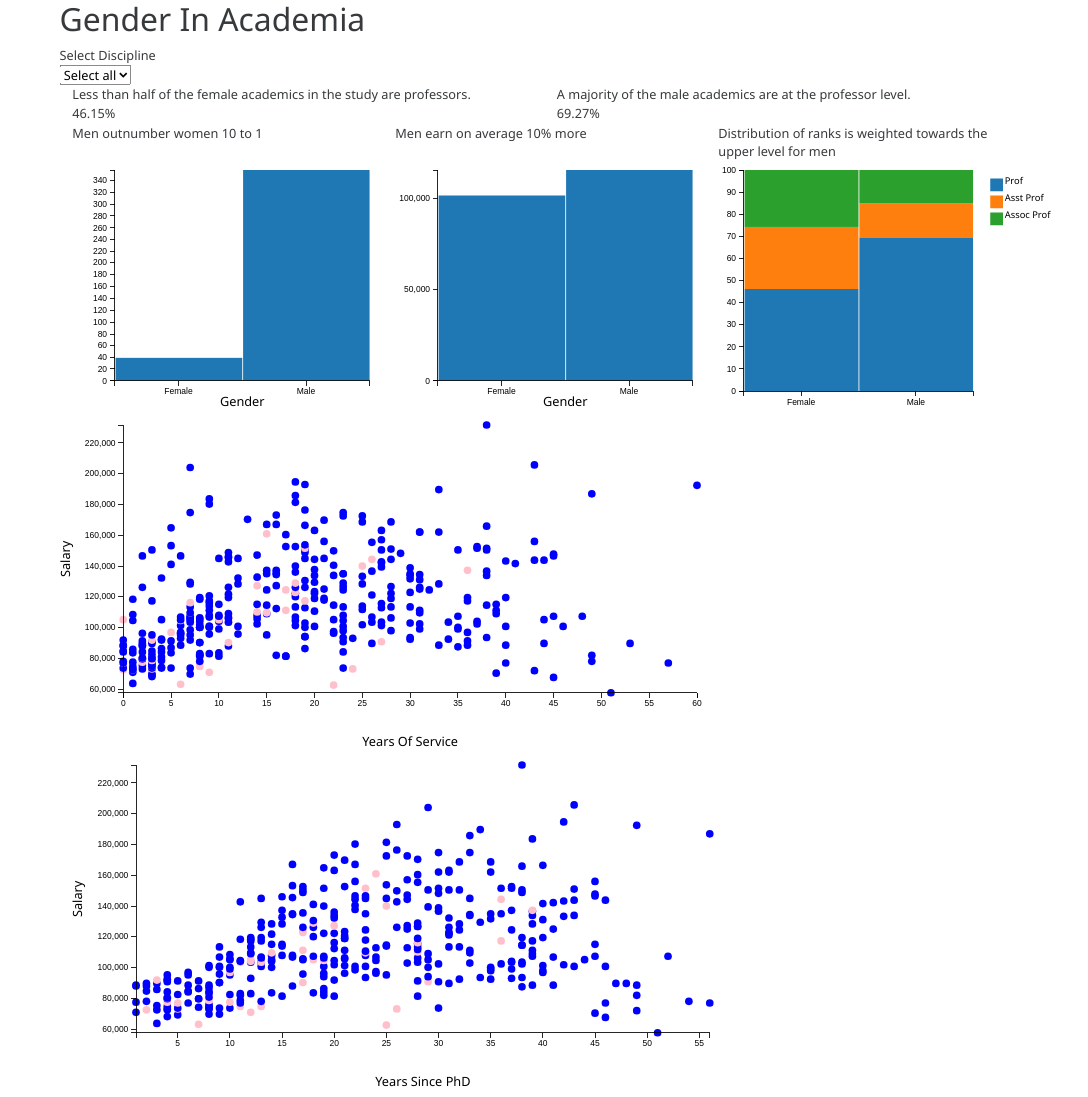
Repository: oliviatatum/dashboard
Page: index.html
The author's editor kept a record of every edit. The page is drawn from the files as they stood at one moment, then again after the next edit.
The browser window is 1280 px wide. The pictures show the whole page, at 85% of full size.

Above is the page before.

### index.html
<!DOCTYPE html>
<html lang="en">

<head>
    <meta charset="UTF-8">
    <meta name="viewport" content="width=device-width, initial-scale=1.0">
    <meta http-equiv="X-UA-Compatible" content="ie=edge">
    <title>Gender In Academia</title>


    <link rel="stylesheet" href="static/css/bootstrap.min.css" type="text/css" />
    <link rel="stylesheet" href="static/css/dc.min.css" type="text/css" />


    <script type="text/javascript" src="static/js/d3.min.js"></script>
    <script type="text/javascript" src="static/js/crossfilter.min.js"></script>
    <script type="text/javascript" src="static/js/dc.min.js"></script>
    <script type="text/javascript" src="static/js/queue.min.js"></script>
    <script type="text/javascript" src="static/js/graph.js"></script>

</head>

<body>
    <div class="container">

        <div class="row">
            <h1>Gender In Academia</h1>
        </div>

        <div class="row">
            <div class="col-md-offset-5">Select Discipline</div>
        </div>
        <div class="row">
            <div class="col.md-offset-5" id="discipline-selector"></div>
        </div>

        <div class="row">
            <div class="col-md-6">Less than half of the female academics in the study are professors.</div>
            <div class="col-md-6">A majority of the male academics are at the professor level.</div>
        </div>
        <div class="row">
            <div class="col-md-6 number-box" id="percent-of-women-professors"></div>
            <div class="col-md-6 number-box" id="percent-of-men-professors"></div>
        </div>


         <div class="row">
            <div class="col-md-4">Men outnumber women 10 to 1</div>
            <div class="col-md-4">Men earn on average 10% more</div>
            <div class="col-md-4">Distribution of ranks is weighted towards the upper level for men</div>
        </div>
        <div class="row">
            <div class="col-md-4" id="gender-balance"></div>
            <div class="col-md-4" id="average-salary"></div>
            <div class="col-md-4" id="rank-distribution"></div>
        </div>

        <class class="row">

        </class>
        <div class="row">
            <div class="col-md-offset-2" id="service-salary"></div>
        </div>


        <div id="phd-salary"></div>

    </div>

</body>

</html>

### static/js/graph.js
queue()
    .defer(d3.csv, "data/salaries.csv")
    .await(makeGraphs);

function makeGraphs(error, salaryData) {
    var ndx = crossfilter(salaryData);

    salaryData.forEach(function(d){
        d.salary = parseInt(d.salary);
        d.yrs_since_phd = parseInt(d["yrs.since.phd"]);
        d.yrs_service = parseInt(d["yrs.service"]);
    })

    show_discipline_selector(ndx);

    show_percent_that_are_professors(ndx, "Female", "#percent-of-women-professors");
    show_percent_that_are_professors(ndx, "Male", "#percent-of-men-professors");

    show_gender_balance(ndx);
    show_average_salary(ndx);
    show_rank_distribution(ndx);

    show_service_to_salary_correlation(ndx);
    show_phd_to_salary_correlation(ndx);

    dc.renderAll();
}


function show_discipline_selector(ndx) {
    var dim = ndx.dimension(dc.pluck('discipline'));
    var group = dim.group();

    dc.selectMenu("#discipline-selector")
        .dimension(dim)
        .group(group);
}


function show_percent_that_are_professors(ndx, gender, element) {
    var percentageThatAreProf = ndx.groupAll().reduce(
        function(p, v) {
            if (v.sex === gender) {
                p.count++;
                if(v.rank === "Prof") {
                    p.are_prof++;
                }
            }
            return p;
        },
        function(p, v) {
            if (v.sex === gender) {
                p.count--;
                if(v.rank === "Prof") {
                    p.are_prof--;
                }
            }
            return p;
        },
        function() {
            return {count: 0, are_prof: 0};
        },
    );

    dc.numberDisplay(element)
        .formatNumber(d3.format(".2%"))
        .valueAccessor(function (d) {
            if (d.count == 0) {
                return 0;
            } else {
                return (d.are_prof / d.count);
            }
        })
        .group(percentageThatAreProf)
}


function show_gender_balance(ndx) {
    var dim = ndx.dimension(dc.pluck('sex'));
    var group = dim.group();

    dc.barChart("#gender-balance")
        .width(400)
        .height(300)
        .margins({top: 10, right: 50, bottom: 30, left: 50})
        .dimension(dim)
        .group(group)
        .transitionDuration(500)
        .x(d3.scale.ordinal())
        .xUnits(dc.units.ordinal)
        .xAxisLabel("Gender")
        .yAxis().ticks(20);
}


function show_average_salary(ndx) {
    var dim = ndx.dimension(dc.pluck('sex'));

    function add_item(p, v) {
        p.count++;
        p.total += v.salary;
        p.average = p.total / p.count;
        return p;
    }

    function remove_item(p, v) {
        p.count--;
        if(p.count == 0) {
            p.total = 0;
            p.average = 0;
        } else {
            p.total -= v.salary;
            p.average = p.total / p.count;
        }
        return p;
    }

    function initialise() {
        return {count: 0, total: 0, average: 0};
    }

    var averageSalaryByGender = dim.group().reduce(add_item, remove_item, initialise);

    dc.barChart("#average-salary")
        .width(400)
        .height(300)
        .margins({top: 10, right: 50, bottom: 30, left: 50})
        .dimension(dim)
        .group(averageSalaryByGender)
        .valueAccessor(function(d){
            return d.value.average.toFixed(2);
        })
        .transitionDuration(500)
        .x(d3.scale.ordinal())
        .xUnits(dc.units.ordinal)
        .elasticY(true)
        .xAxisLabel("Gender")
        .yAxis().ticks(4);
}


function show_rank_distribution(ndx) {

    function rankByGender(dimension, rank) {
        return dimension.group().reduce(
            function (p, v) {
                p.total++;
                if(v.rank == rank) {
                    p.match++;
                }
                return p;
            },
            function (p, v) {
                p.total--;
                if(v.rank == rank) {
                    p.match--;
                }
                return p;
            },
            function () {
                return {total: 0, match: 0};
            }
        );
    }

    var dim = ndx.dimension(dc.pluck("sex"));
    var profByGender = rankByGender(dim, "Prof");
    var asstProfByGender = rankByGender(dim, "AsstProf");
    var assocProfByGender = rankByGender(dim, "AssocProf");

    dc.barChart("#rank-distribution")
        .width(400)
        .height(300)
        .dimension(dim)
        .group(profByGender, "Prof")
        .stack(asstProfByGender, "Asst Prof")
        .stack(assocProfByGender, "Assoc Prof")
        .valueAccessor(function(d) {
            if(d.value.total > 0) {
                return (d.value.match / d.value.total) * 100;
            } else {
                return 0;
            }
        })
        .x(d3.scale.ordinal())
        .xUnits(dc.units.ordinal)
        .legend(dc.legend().x(320).y(20).itemHeight(15).gap(5))
        .margins({top: 10, right: 100, bottom: 30, left: 30});
}


function show_service_to_salary_correlation(ndx) {

    var genderColors = d3.scale.ordinal()
        .domain(["Female", "Male"])
        .range(["pink", "blue"]);

    var eDim = ndx.dimension(dc.pluck("yrs_service"));
    var experienceDim = ndx.dimension(function(d) {
       return [d.yrs_service, d.salary, d.rank, d.sex];
    });
    var experienceSalaryGroup = experienceDim.group();

    var minExperience = eDim.bottom(1)[0].yrs_service;
    var maxExperience = eDim.top(1)[0].yrs_service;

    dc.scatterPlot("#service-salary")
        .width(800)
        .height(400)
        .x(d3.scale.linear().domain([minExperience, maxExperience]))
        .brushOn(false)
        .symbolSize(8)
        .clipPadding(10)
        .yAxisLabel("Salary")
        .xAxisLabel("Years Of Service")
        .title(function(d) {
            return d.key[2] + " earned " + d.key[1];
        })
        .colorAccessor(function (d) {
            return d.key[3];
        })
        .colors(genderColors)
        .dimension(experienceDim)
        .group(experienceSalaryGroup)
        .margins({top: 10, right: 50, bottom: 75, left: 75});
}




function show_phd_to_salary_correlation(ndx) {

    var genderColors = d3.scale.ordinal()
        .domain(["Female", "Male"])
        .range(["pink", "blue"]);

    var eDim = ndx.dimension(dc.pluck("yrs_since_phd"));
    var phdDim = ndx.dimension(function(d) {
       return [d.yrs_since_phd, d.salary, d.rank, d.sex];
    });
    var phdSalaryGroup = phdDim.group();

    var minPhd = eDim.bottom(1)[0].yrs_since_phd;
    var maxPhd = eDim.top(1)[0].yrs_since_phd;

    dc.scatterPlot("#phd-salary")
        .width(800)
        .height(400)
        .x(d3.scale.linear().domain([minPhd, maxPhd]))
        .brushOn(false)
        .symbolSize(8)
        .clipPadding(10)
        .yAxisLabel("Salary")
        .xAxisLabel("Years Since PhD")
        .title(function(d) {
            return d.key[2] + " earned " + d.key[1];
        })
        .colorAccessor(function (d) {
            return d.key[3];
        })
        .colors(genderColors)
        .dimension(phdDim)
        .group(phdSalaryGroup)
        .margins({top: 10, right: 50, bottom: 75, left: 75});
}

Loaded but not shown: static/css/bootstrap.min.css (library); static/css/dc.min.css (library); static/js/d3.min.js (library); static/js/crossfilter.min.js (library); static/js/dc.min.js (library); static/js/queue.min.js (common file)

After the next edit:
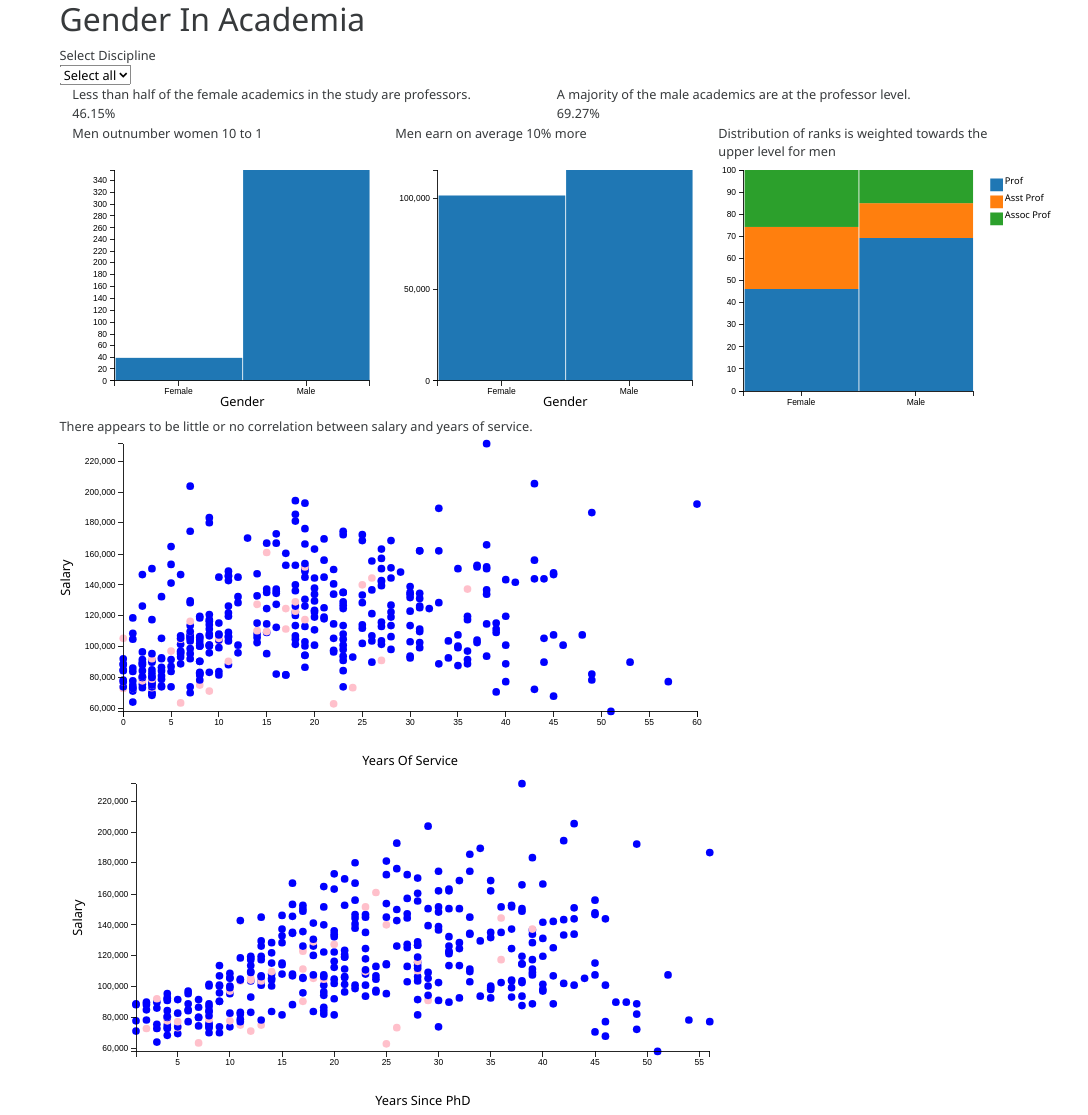
The edit:
--- a/index.html
+++ b/index.html
@@ -56,7 +56,7 @@
         </div>
 
         <class class="row">
-
+            <div class="col-md-offset-2">There appears to be little or no correlation between salary and years of service.</div>
         </class>
         <div class="row">
             <div class="col-md-offset-2" id="service-salary"></div>
